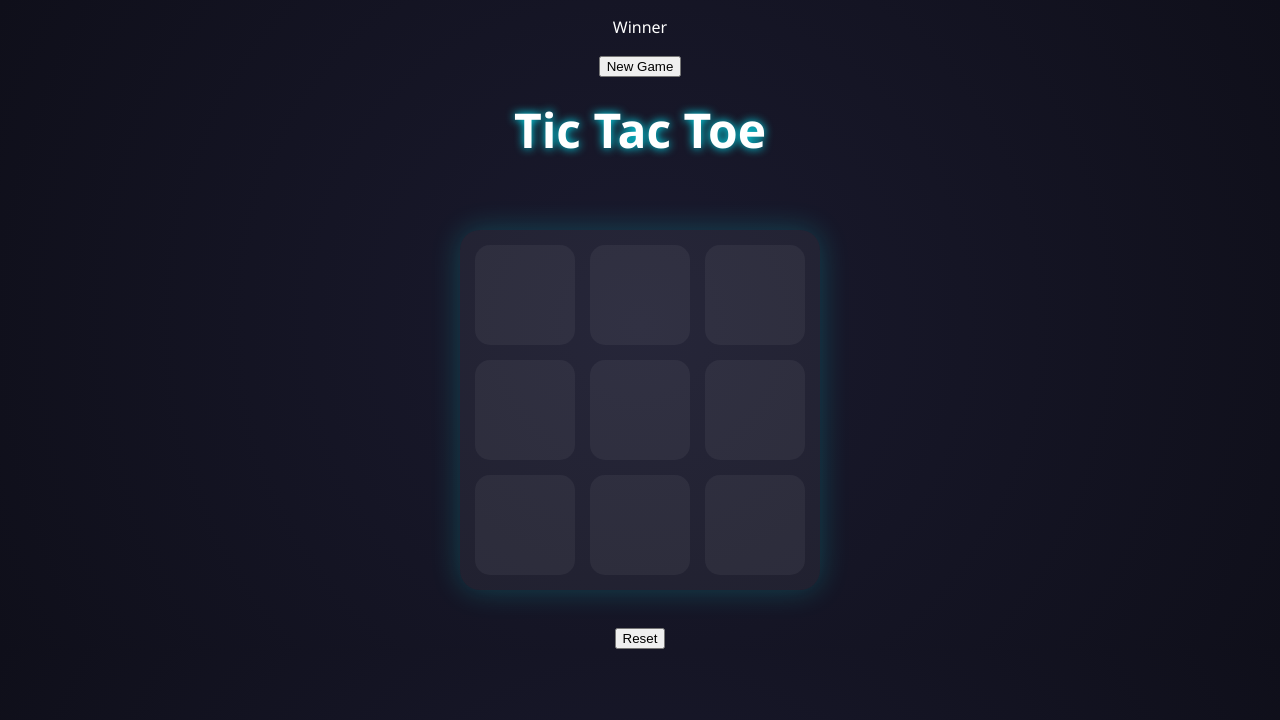
Repository: AreezAnsari/Tic-Tac-Toe
Page: Game/Game.html
The author's editor kept a copy of each file at every save. The page is drawn from the files as they stood at one save, then again after the next save.
The browser window is 1280 px wide. The pictures show the whole page.

Above is the page before, as saved 2025-06-02 12:45:57.
Console error: TypeError: box.addEventListener is not a function

After the next save:
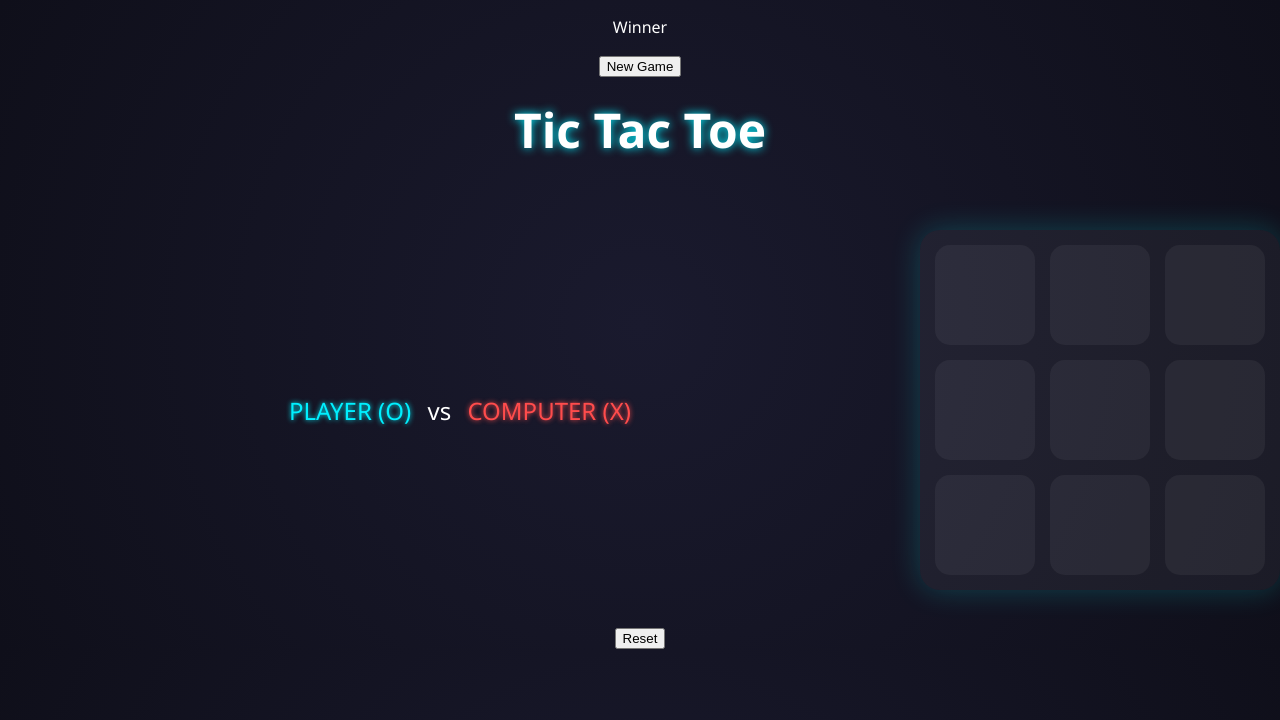
Saved 29 s later.
--- a/Game/Game.html
+++ b/Game/Game.html
@@ -15,7 +15,10 @@
     <main>
         <h1>Tic Tac Toe</h1>
     <div class="container">
-        <div class="line" id="win-line"></div>
+        <div class="vs-info">
+    <span class="player">PLAYER (O)</span> vs
+    <span class="computer">COMPUTER (X)</span>
+</div>
         <div class="game">
         <button class="box"></button>
         <button class="box"></button>
